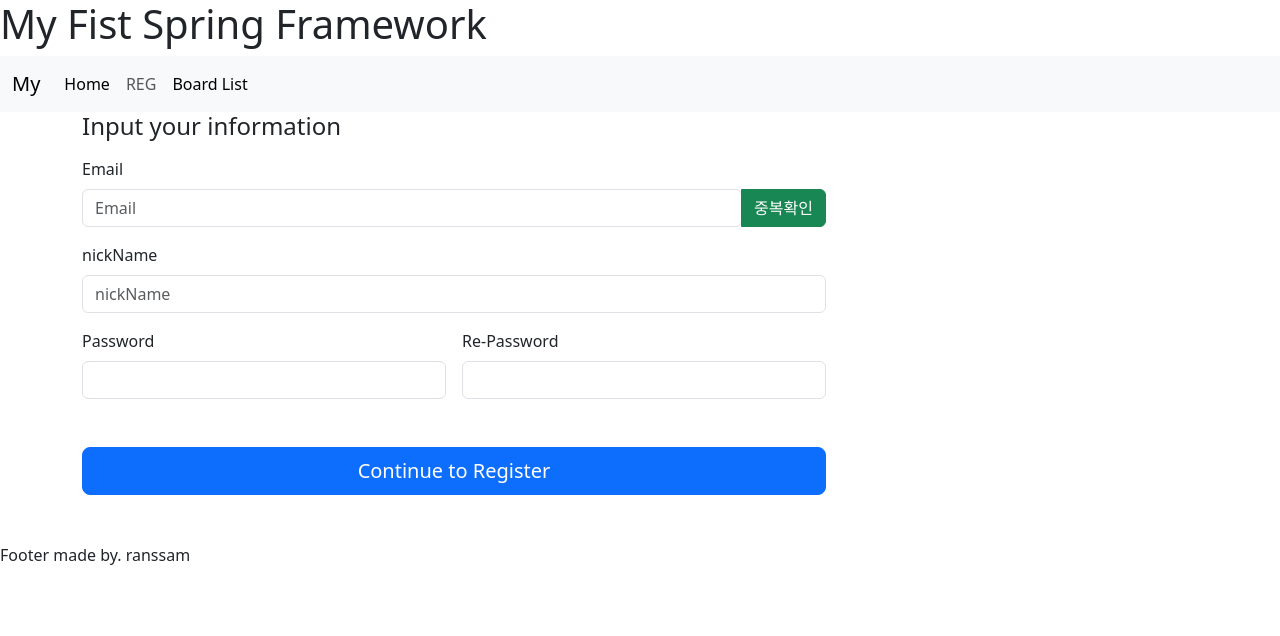
Repository: dhalfks/springSecurityTest
Page: http://localhost/springTest/WEB-INF/views/member/register.jsp
An editor plug-in stored every save of this project. The page is shown before and after the next save, followed by the edit.
The browser window is 1280 px wide. The pictures show the whole page.
The page is served by Tomcat 9. Nobody is signed in. Other server files are loaded and not shown. The template is opened directly, without the code that normally fills it, so the values that code supplies are empty.

Above is the page before, as saved 2023-09-30 06:45:01.

### _spring_workspace/springTest/src/main/webapp/WEB-INF/views/member/register.jsp
<%@ page language="java" contentType="text/html; charset=UTF-8"
    pageEncoding="UTF-8"%>
<%@ taglib prefix="c" uri="http://java.sun.com/jsp/jstl/core"%>
<jsp:include page="../common/header.jsp" />
<jsp:include page="../common/nav.jsp" />

<div class="container">
  <main>
	<!-- 회원등록란 시작 -->
      <div class="col-md-7 col-lg-8">
        <h4 class="mb-3">Input your information</h4>
        <form action="/member/register" method="post">
          <div class="row g-3">

            <div class="col-12">
              <label for="email" class="form-label">Email</label>
              <div class="input-group has-validation">
                <input type="email" class="form-control" name="email"
                id="email" placeholder="Email" required>
                <button type="button" class="btn btn-success"
                id="dupleCheck">중복확인</button>
              </div>
            </div>

            <div class="col-12">
              <label for="nickName" class="form-label">nickName</label>
              <input type="text" class="form-control" name="nickName"
               id="nickName" placeholder="nickName">
            </div>

            <div class="col-sm-6">
              <label for="pwd" class="form-label">Password</label>
              <input type="password" class="form-control" name="pwd"
               id="pwd" placeholder="" value="" required>
            </div>

            <div class="col-sm-6">
              <label for="rpwd" class="form-label">Re-Password</label>
              <input type="password" class="form-control"
              id="rpwd" placeholder="" value="" required>
            </div>
           </div>
          <button class="w-100 btn btn-primary btn-lg my-5" type="submit">Continue to Register</button>
        </form>
      </div>
 </main>
</div>
<!-- <script src="/resources/js/member.register.js"></script>
//아이디 중복체크, 비밀번호 확인 포함  -->
<jsp:include page="../common/footer.jsp" />

### _spring_workspace/springTest/src/main/webapp/WEB-INF/views/common/header.jsp
<%@ page language="java" contentType="text/html; charset=UTF-8"
    pageEncoding="UTF-8"%>
    <%@ taglib prefix="c" uri="http://java.sun.com/jsp/jstl/core" %>
<!DOCTYPE html>
<html>
<head>
<meta charset="UTF-8">
<title>Insert title here</title>
<link href="https://cdn.jsdelivr.net/npm/bootstrap@5.3.1/dist/css/bootstrap.min.css" rel="stylesheet" integrity="sha384-4bw+/aepP/YC94hEpVNVgiZdgIC5+VKNBQNGCHeKRQN+PtmoHDEXuppvnDJzQIu9" crossorigin="anonymous">
<script src="https://cdn.jsdelivr.net/npm/bootstrap@5.3.1/dist/js/bootstrap.bundle.min.js" integrity="sha384-HwwvtgBNo3bZJJLYd8oVXjrBZt8cqVSpeBNS5n7C8IVInixGAoxmnlMuBnhbgrkm" crossorigin="anonymous"></script>
</head>
<body>
	<h1>My Fist Spring Framework</h1>

### _spring_workspace/springTest/src/main/webapp/WEB-INF/views/common/nav.jsp
<%@ page language="java" contentType="text/html; charset=UTF-8"
    pageEncoding="UTF-8"%>
<%@ taglib prefix="c" uri="http://java.sun.com/jsp/jstl/core"%>
<%@ taglib prefix="sec" uri="http://www.springframework.org/security/tags" %>
<!-- <header>
<ul>
<a href="/"><li>Home</li></a>
<a href="/board/register"><li>Board REG</li></a>
<li>Board List</li>
<li>Log In</li>
<li>Log Out</li>
<li>Sign Up</li>

</ul>
</header> -->

<nav class="navbar navbar-expand-lg bg-body-tertiary">
  <div class="container-fluid">
    <a class="navbar-brand" href="#">My</a>
    <button class="navbar-toggler" type="button" data-bs-toggle="collapse" data-bs-target="#navbarSupportedContent" aria-controls="navbarSupportedContent" aria-expanded="false" aria-label="Toggle navigation">
      <span class="navbar-toggler-icon"></span>
    </button>
    <div class="collapse navbar-collapse" id="navbarSupportedContent">
      <ul class="navbar-nav me-auto mb-2 mb-lg-0">
        <li class="nav-item">
          <a class="nav-link active" aria-current="page" href="/">Home</a>
        </li>
        <li class="nav-item">
          <a class="nav-link" href="/board/register">REG</a>
        </li>
        <li class="nav-item">
          <a class="nav-link active" href="/board/list" >Board List</a>
        </li>

        <sec:authorize access="isAuthenticated()">
        <sec:authentication property="principal.mvo.email" var="authEmail"/>
        <sec:authentication property="principal.mvo.nickName" var="authNick"/>
        <sec:authentication property="principal.mvo.authList" var="auths"/>
        <c:choose>
        	<c:when test="${auths.stream().anyMatch(authVO -> authVO.auth.equals('ROLE_ADMIN')).get() }">
	        	<li class="nav-item">
	          		<a class="nav-link px-2 text-white" href="/member/list" >${authNick }(${authEmail })</a>
	        	</li>
        	</c:when>
        	<c:otherwise>
        		<li class="nav-item">
	          		<a class="nav-link px-2 text-whitee" href="/member/detail?email=${authEmail }" >${authNick }(${authEmail })</a>
	        	</li>
        	</c:otherwise>
        </c:choose>

        <li class="nav-item">
          <a class="nav-link px-2 text-white" href="" >Log Out</a>
        </li>
        <form action="/member/logout" method="post" id="logoutForm">
        	<input type="hidden" name="email" value="${authEmail }">
        </form>

        <li class="nav-item">
          <a class="nav-link active" href="#" >Log In</a>
        </li>
        <li class="nav-item">
          <a class="nav-link active" href="/board/list" >Sign Up</a>
        </li>
        </sec:authorize>
      </ul>

    </div>
  </div>
</nav>

### _spring_workspace/springTest/src/main/webapp/WEB-INF/views/common/footer.jsp
<%@ page language="java" contentType="text/html; charset=UTF-8"
    pageEncoding="UTF-8"%>

<div>
	<span>Footer made by. ranssam</span>
</div>
</body>
</html>

After the next save:
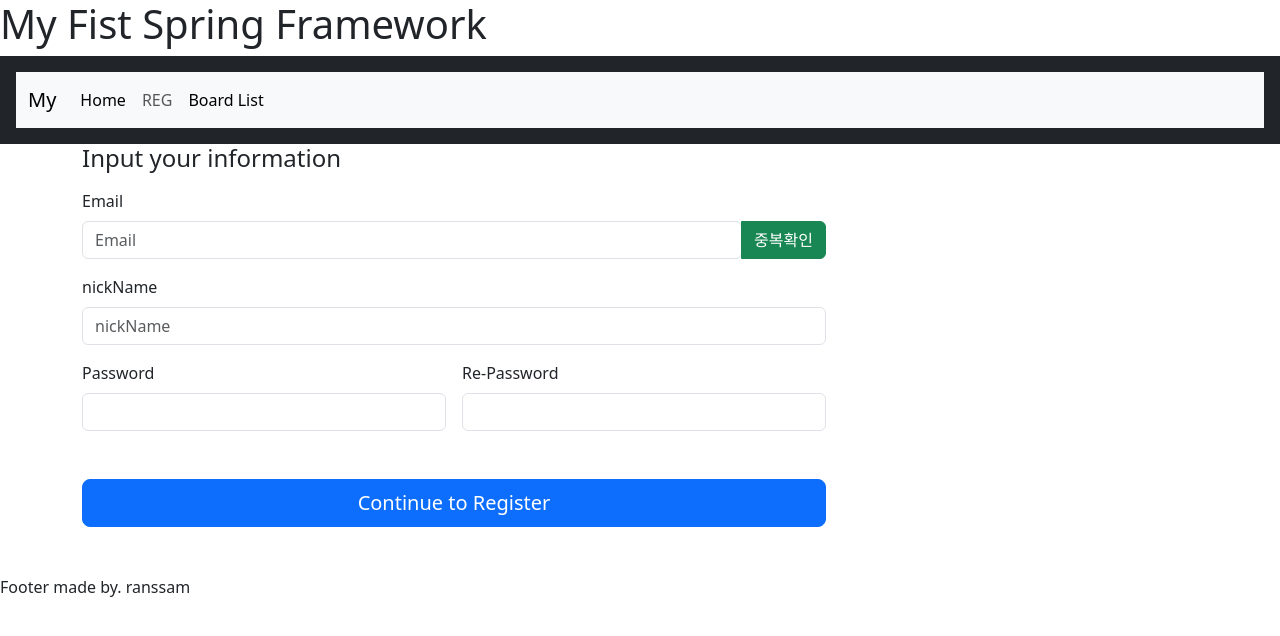
Console error: TypeError: Cannot read properties of null (reading 'addEventListener')
Saved 104 s later.
--- a/_spring_workspace/springTest/src/main/webapp/WEB-INF/views/common/nav.jsp
+++ b/_spring_workspace/springTest/src/main/webapp/WEB-INF/views/common/nav.jsp
@@ -13,7 +13,7 @@
 
 </ul>
 </header> -->
-
+<header class="p-3 bg-dark text-white">
 <nav class="navbar navbar-expand-lg bg-body-tertiary">
   <div class="container-fluid">
     <a class="navbar-brand" href="#">My</a>
@@ -50,7 +50,7 @@
         </c:choose>
 
         <li class="nav-item">
-          <a class="nav-link px-2 text-white" href="" >Log Out</a>
+          <a class="nav-link px-2 text-white" id="logoutLink" href="" >Log Out</a>
         </li>
         <form action="/member/logout" method="post" id="logoutForm">
         	<input type="hidden" name="email" value="${authEmail }">
@@ -68,3 +68,11 @@
     </div>
   </div>
 </nav>
+</header>
+
+<script type="text/javascript">
+document.getElementById('logoutLink').addEventListener('click', (e) => {
+	e.preventDefault();
+	document.getElementById('logoutForm').submit();
+});
+</script>
